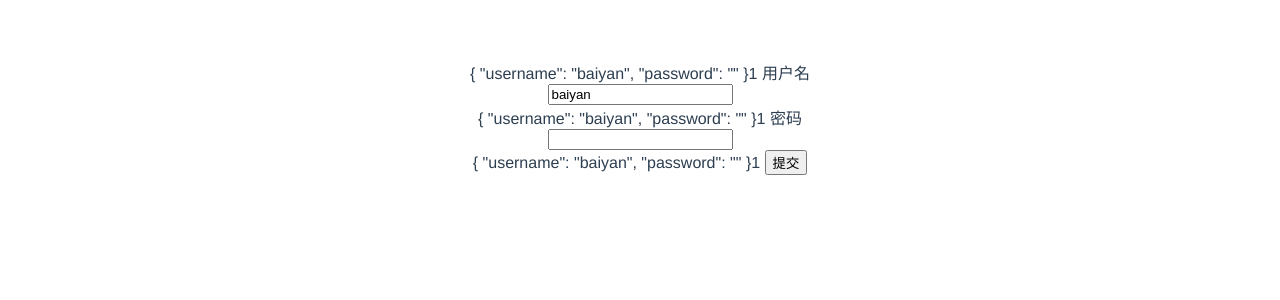
Repository: lxl0302/ClassBegin_-sound_code
Page: /#/kform
An editor plug-in stored every save of this project. The page is shown before and after the next save, followed by the edit.
The browser window is 1280 px wide. The pictures show the whole page.
The project was rebuilt for these pictures with package versions that can differ from the ones it lists, and the page was loaded fresh each time.

Above is the page before, as saved 2020-07-08 10:29:30.

### src/App.vue
<template>
  <div id="app">
    <HelloWorld />
  </div>
</template>

<script>
import HelloWorld from './form/index'

export default {
  name: 'App',
  components: {
    HelloWorld
  }
}
</script>

<style>
#app {
  font-family: Avenir, Helvetica, Arial, sans-serif;
  -webkit-font-smoothing: antialiased;
  -moz-osx-font-smoothing: grayscale;
  text-align: center;
  color: #2c3e50;
  margin-top: 60px;
}
</style>

### src/form/index.vue
<template>
  <div class="zong">
    <k-form :model="model" :rules="rules" ref="loginForm">
      <k-form-item label="用户名" prop="username">
        <k-input v-model="model.username" autocomplete="off"></k-input>
      </k-form-item>
      <k-form-item label="密码" prop="password">
        <k-input type="password" v-model="model.password" autocomplete="off"></k-input>
      </k-form-item>
      <k-form-item>
        <button @click="submitForm('loginForm')">提交</button>
      </k-form-item>
    </k-form>
  </div>
</template>

<script>
import KForm from './Form'
import KFormItem from './FromItem'
import KInput from './Input'
export default {
  name: '',
  components: {
    KForm,
    KFormItem,
    KInput
  },
  data() {
    return {
      model: {username: "baiyan", password: ""},
      rules: {
        username: [{required: true, message: "请输入用户名"}],
        password: [{required: true, message: "请输入密码"}]
      }
    }
  },
  methods: {
    submitForm(form) {
      this.$refs[form].validate(valid => {
        if(valid) {
          alert('登陆成功')
        } else {
          alert('登陆失败')
        }
      });
    }
  }
}
</script>
<style scoped>
.zong{
  height: 100%;
  width: 100%;
  text-align: center;
}
</style>

### src/form/Form.vue
<template>
  <div class>
    <slot></slot>
  </div>
</template>

<script>
export default {
  name: 'Form',
  provide() {
    return {
      form: this
    }
  },
  props: {
    model: {
      model: { // 数据
        type: Object,
        required: true
      },
      rules: { // 校验规则
        type: Object,
      }
    }
  },
  methods: {
    // 校验的最后结果
    validate(cb) {
      const tasks = this.$children
        .filter(item => item.prop)
        .map(item => item.validate())

      // 所有任务都通过才算校验通过
      Promise.all(tasks)
        .then(() => cb(true))
        .catch(() => cb(false))
    }
  }
}
</script>
<style scoped>
</style>

### src/form/FromItem.vue
<template>
  <div class>
    {{form.model}}1
    {{form.rules}}
    <label v-if="label">{{label}}</label>
    <slot></slot>
    <p v-if="errorMessage">{{errorMessage}}</p>
  </div>
</template>

<script>
import Schema from 'async-validator'
export default {
  name: 'FromItem',
  inject: ['form'],
  props: {
    label: {
      type: String,
      default: ''
    },
    prop: {
      type: String
    }
  },
  data() {
    return {
      errorMessage: ''
    }
  },
  mounted() {
    this.$on('validate', () => {
      this.validate
    })
  },
  methods: {
    validate() {
      // 做校验
      const value = this.form.model[this.prop]
      const rules = this.form.rules[this.prop]
      const desc = { [this.prop]: rules }
      const schema = new Schema(desc)
      // return的是校验结果的Promise
      return schema.validate({ [this.prop]: value }, errors => {
        if (errors) {
          this.errorMessage = errors[0].message
        } else {
          this.errorMessage = ''
        }
      })
    }
  }
}
</script>
<style scoped>
</style>

### src/form/Input.vue
<template>
  <div class>
    <input :value="value" @input="changeMethods" v-bind="$attrs">
  </div>
</template>

<script>
export default {
  name: '',
  components: {},
  props: {
    value: {
      type: String
    }
  },
  computed: {},
  mounted() {},
  methods: {
    changeMethods(e) {
      this.$emit('input', e.target.value)
      // 将值返给fomritem 做校验
      this.$parent.$emit('validate')
    }
  }
}
</script>
<style scoped>
</style>

Loaded but not shown: public/index.html (common file); src/main.js (common file)

After the next save:
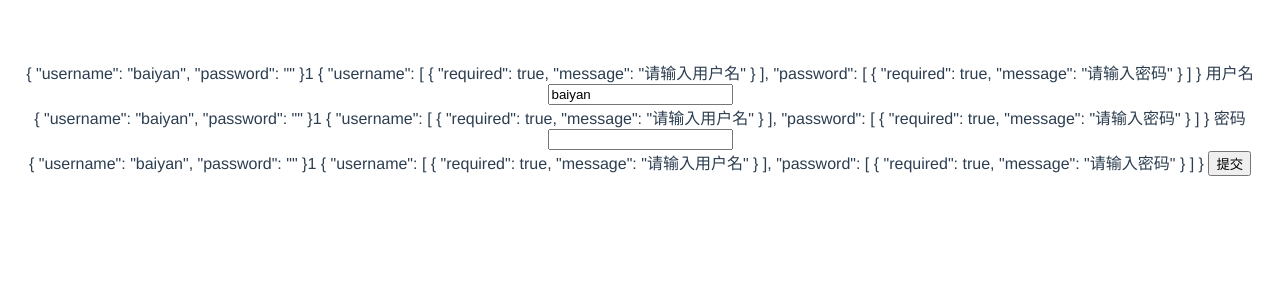
Saved 30 s later.
--- a/src/form/Form.vue
+++ b/src/form/Form.vue
@@ -14,13 +14,13 @@ export default {
   },
   props: {
     model: {
-      model: { // 数据
-        type: Object,
-        required: true
-      },
-      rules: { // 校验规则
-        type: Object,
-      }
+      // 数据
+      type: Object,
+      required: true
+    },
+    rules: {
+      // 校验规则
+      type: Object
     }
   },
   methods: {
